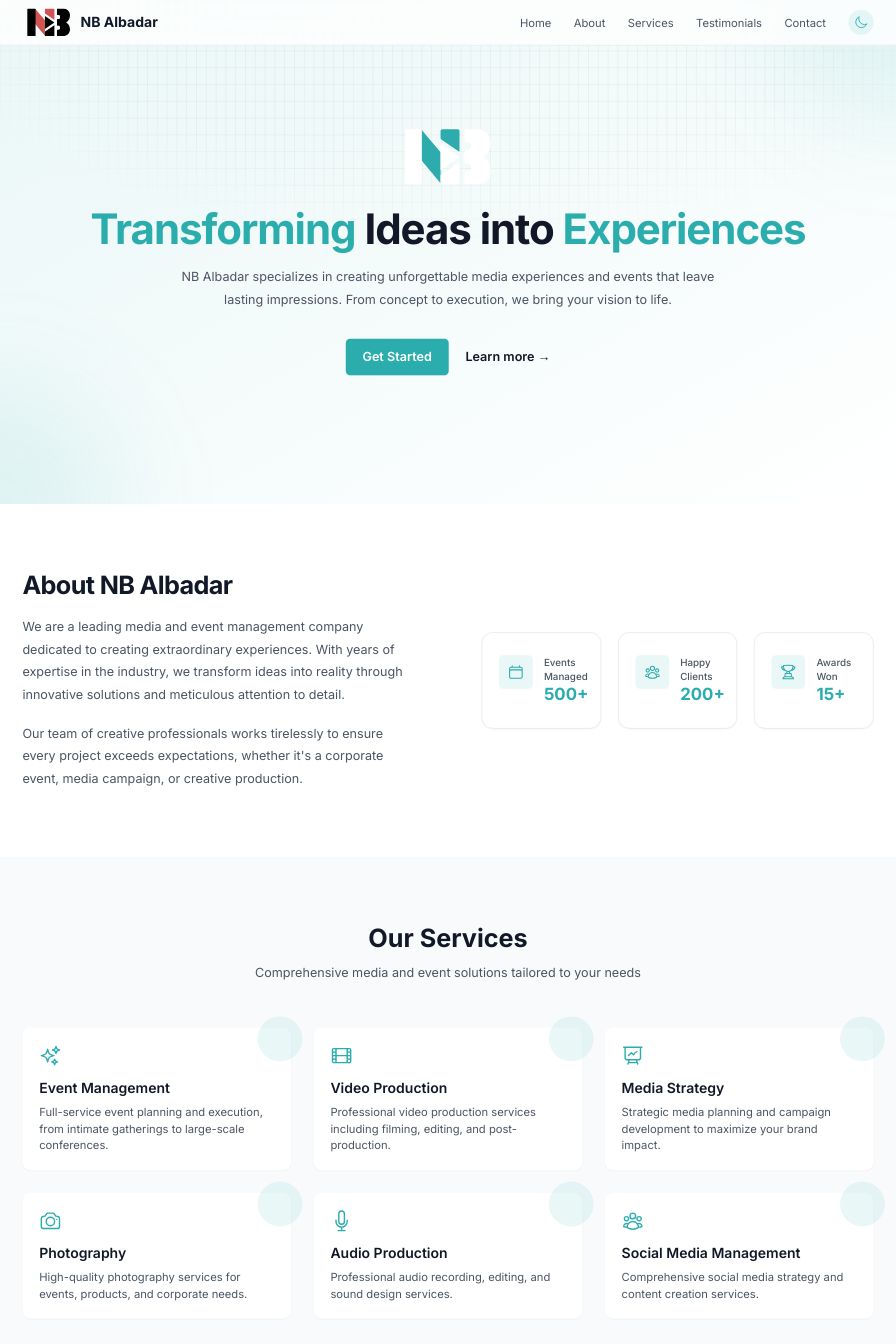
Repository: omartetano99/nb-albadr-website
Page: /
The author's editor kept a copy of each file at every save. The page is drawn from the files as they stood at one save, then again after the next save.
The browser window is 1280 px wide. The pictures show the part of the page from y = 0 to 1920 px (the page is 3646 px tall), at 70% of full size.
The project was rebuilt for these pictures with package versions that can differ from the ones it lists, and the page was loaded fresh each time. The framework's server and built-in components were replaced by stand-ins that run in the browser. Also part of the build but not shown: next.config.mjs.

Above is the page before, as saved 2025-01-31 16:48:03.

### src/app/layout.tsx
import type { Metadata } from "next";
import { Inter } from "next/font/google";
import "./globals.css";
import { ThemeProvider } from "@/components/ThemeProvider";

const inter = Inter({ subsets: ["latin"] });

export const metadata: Metadata = {
  title: "Noon Brand Al-Badr Media & Event",
  description: "Professional media and event management services",
};

export default function RootLayout({
  children,
}: {
  children: React.ReactNode
}) {
  return (
    <html lang="en" suppressHydrationWarning>
      <body className={`${inter.className} antialiased`}>
        <ThemeProvider
          attribute="class"
          defaultTheme="system"
          enableSystem
          disableTransitionOnChange
        >
          <div className="min-h-screen bg-white dark:bg-gray-900 text-gray-900 dark:text-gray-100 transition-colors duration-300">
            {children}
          </div>
        </ThemeProvider>
      </body>
    </html>
  );
}

### src/app/page.tsx
import { Navbar } from '@/components/Navbar'
import { Hero } from '@/components/Hero'
import { About } from '@/components/About'
import { Services } from '@/components/Services'
import { Testimonials } from '@/components/Testimonials'
import { Contact } from '@/components/Contact'
import { Footer } from '@/components/Footer'

export default function Home() {
  return (
    <main>
      <Navbar />
      <Hero />
      <About />
      <Services />
      <Testimonials />
      <Contact />
      <Footer />
    </main>
  )
}

### src/app/globals.css
@tailwind base;
@tailwind components;
@tailwind utilities;

@layer base {
  html {
    @apply antialiased;
  }
}

:root {
  --background: #ffffff;
  --foreground: #171717;
}

@media (prefers-color-scheme: dark) {
  :root {
    --background: #0a0a0a;
    --foreground: #ededed;
  }
}

body {
  color: var(--foreground);
  background: var(--background);
  font-family: Arial, Helvetica, sans-serif;
}

### src/components/ThemeProvider.tsx
'use client'

import { ThemeProvider as NextThemesProvider } from 'next-themes'
import { type ThemeProviderProps } from 'next-themes/dist/types'

export function ThemeProvider({ children, ...props }: ThemeProviderProps) {
  return (
    <NextThemesProvider
      attribute="class"
      defaultTheme="system"
      enableSystem
      {...props}
    >
      {children}
    </NextThemesProvider>
  )
}

### src/components/Navbar.tsx
'use client'

import { useState } from 'react'
import Link from 'next/link'
import Image from 'next/image'
import { motion, AnimatePresence } from 'framer-motion'
import { ThemeToggle } from './ThemeToggle'
import { Bars3Icon, XMarkIcon } from '@heroicons/react/24/outline'

const navLinks = [
  { href: '/', label: 'Home' },
  { href: '/about', label: 'About' },
  { href: '/services', label: 'Services' },
  { href: '/testimonials', label: 'Testimonials' },
  { href: '/contact', label: 'Contact' },
]

export function Navbar() {
  const [isOpen, setIsOpen] = useState(false)

  return (
    <nav className="fixed w-full bg-white/80 dark:bg-gray-900/80 backdrop-blur-sm z-50 border-b border-gray-200 dark:border-gray-800">
      <div className="max-w-7xl mx-auto px-4 sm:px-6 lg:px-8">
        <div className="flex items-center justify-between h-16">
          <Link href="/" className="flex items-center">
            <Image
              src="/logo-nb.svg"
              alt="NB Albadar Logo"
              width={40}
              height={40}
              className="h-10 w-auto invert dark:invert-0"
              priority
            />
            <span className="ml-2 text-xl font-bold text-gray-900 dark:text-white">
              NB Albadar
            </span>
          </Link>

          {/* Desktop Navigation */}
          <div className="hidden md:flex items-center space-x-8">
            {navLinks.map((link) => (
              <Link
                key={link.href}
                href={link.href}
                className="text-gray-600 dark:text-gray-300 hover:text-primary dark:hover:text-primary transition-colors"
              >
                {link.label}
              </Link>
            ))}
            <ThemeToggle />
          </div>

          {/* Mobile Navigation Button */}
          <div className="md:hidden flex items-center">
            <ThemeToggle />
            <button
              onClick={() => setIsOpen(!isOpen)}
              className="ml-2 p-2 rounded-md text-gray-600 dark:text-gray-300 hover:text-primary dark:hover:text-primary"
            >
              {isOpen ? (
                <XMarkIcon className="h-6 w-6" />
              ) : (
                <Bars3Icon className="h-6 w-6" />
              )}
            </button>
          </div>
        </div>
      </div>

      {/* Mobile Navigation Menu */}
      <AnimatePresence>
        {isOpen && (
          <motion.div
            initial={{ opacity: 0, height: 0 }}
            animate={{ opacity: 1, height: 'auto' }}
            exit={{ opacity: 0, height: 0 }}
            className="md:hidden border-t border-gray-200 dark:border-gray-800"
          >
            <div className="px-2 pt-2 pb-3 space-y-1">
              {navLinks.map((link) => (
                <Link
                  key={link.href}
                  href={link.href}
                  className="block px-3 py-2 rounded-md text-gray-600 dark:text-gray-300 hover:text-primary dark:hover:text-primary hover:bg-gray-100 dark:hover:bg-gray-800 transition-colors"
                  onClick={() => setIsOpen(false)}
                >
                  {link.label}
                </Link>
              ))}
            </div>
          </motion.div>
        )}
      </AnimatePresence>
    </nav>
  )
}

### src/components/Hero.tsx
'use client'

import { motion } from 'framer-motion'
import Image from 'next/image'

export function Hero() {
  return (
    <div className="relative min-h-screen flex items-center justify-center overflow-hidden">
      {/* Background Pattern */}
      <div className="absolute inset-0 bg-gradient-to-br from-primary/10 to-transparent dark:from-primary/5" />
      <div className="absolute inset-0">
        <div className="absolute inset-0 bg-[linear-gradient(to_right,#80808012_1px,transparent_1px),linear-gradient(to_bottom,#80808012_1px,transparent_1px)] bg-[size:14px_24px] [mask-image:radial-gradient(ellipse_60%_50%_at_50%_0%,#000_70%,transparent_100%)]" />
      </div>

      <div className="relative max-w-7xl mx-auto px-4 sm:px-6 lg:px-8 py-32">
        <motion.div
          initial={{ opacity: 0, y: 20 }}
          animate={{ opacity: 1, y: 0 }}
          transition={{ duration: 0.8 }}
          className="text-center"
        >
          <motion.div
            initial={{ opacity: 0, y: 20 }}
            animate={{ opacity: 1, y: 0 }}
            transition={{ duration: 0.8, delay: 0.1 }}
            className="flex justify-center mb-8"
          >
            <Image
              src="/logo-nb.svg"
              alt="NB Albadar Logo"
              width={80}
              height={80}
              className="h-20 w-auto"
              priority
            />
          </motion.div>

          <motion.h1
            initial={{ opacity: 0, y: 20 }}
            animate={{ opacity: 1, y: 0 }}
            transition={{ duration: 0.8, delay: 0.2 }}
            className="text-4xl font-bold tracking-tight text-gray-900 dark:text-white sm:text-6xl"
          >
            <span className="text-primary">Transforming</span> Ideas into{' '}
            <span className="text-primary">Experiences</span>
          </motion.h1>

          <motion.p
            initial={{ opacity: 0, y: 20 }}
            animate={{ opacity: 1, y: 0 }}
            transition={{ duration: 0.8, delay: 0.4 }}
            className="mt-6 text-lg leading-8 text-gray-600 dark:text-gray-300 max-w-3xl mx-auto"
          >
            NB Albadar specializes in creating unforgettable media experiences and events
            that leave lasting impressions. From concept to execution, we bring
            your vision to life.
          </motion.p>

          <motion.div
            initial={{ opacity: 0, y: 20 }}
            animate={{ opacity: 1, y: 0 }}
            transition={{ duration: 0.8, delay: 0.6 }}
            className="mt-10 flex items-center justify-center gap-x-6"
          >
            <a
              href="/contact"
              className="rounded-md bg-primary px-6 py-3 text-lg font-semibold text-white shadow-sm hover:bg-primary-dark transition-colors duration-300"
            >
              Get Started
            </a>
            <a
              href="/services"
              className="text-lg font-semibold leading-6 text-gray-900 dark:text-white hover:text-primary dark:hover:text-primary transition-colors duration-300"
            >
              Learn more <span aria-hidden="true">→</span>
            </a>
          </motion.div>
        </motion.div>
      </div>

      {/* Animated Shapes */}
      <motion.div
        animate={{
          scale: [1, 1.2, 1],
          rotate: [0, 90, 0],
        }}
        transition={{
          duration: 20,
          repeat: Infinity,
          ease: 'linear',
        }}
        className="absolute -top-40 -right-40 w-80 h-80 bg-primary/10 rounded-full blur-3xl"
      />
      <motion.div
        animate={{
          scale: [1, 1.2, 1],
          rotate: [0, -90, 0],
        }}
        transition={{
          duration: 25,
          repeat: Infinity,
          ease: 'linear',
        }}
        className="absolute -bottom-40 -left-40 w-80 h-80 bg-primary/10 rounded-full blur-3xl"
      />
    </div>
  )
}

### src/components/About.tsx
'use client'

import { motion } from 'framer-motion'
import { CalendarIcon, UserGroupIcon, TrophyIcon } from '@heroicons/react/24/outline'

const stats = [
  {
    label: 'Events Managed',
    value: '500+',
    icon: CalendarIcon,
  },
  {
    label: 'Happy Clients',
    value: '200+',
    icon: UserGroupIcon,
  },
  {
    label: 'Awards Won',
    value: '15+',
    icon: TrophyIcon,
  },
]

export function About() {
  return (
    <section className="py-24 overflow-hidden">
      <div className="max-w-7xl mx-auto px-4 sm:px-6 lg:px-8">
        <div className="lg:grid lg:grid-cols-2 lg:gap-24 lg:items-center">
          <motion.div
            initial={{ opacity: 0, x: -20 }}
            whileInView={{ opacity: 1, x: 0 }}
            viewport={{ once: true }}
            transition={{ duration: 0.5 }}
          >
            <h2 className="text-3xl font-bold tracking-tight text-gray-900 dark:text-white sm:text-4xl">
              About NB Albadar
            </h2>
            <motion.p
              initial={{ opacity: 0, y: 20 }}
              whileInView={{ opacity: 1, y: 0 }}
              viewport={{ once: true }}
              transition={{ duration: 0.5, delay: 0.2 }}
              className="mt-6 text-lg leading-8 text-gray-600 dark:text-gray-300"
            >
              We are a leading media and event management company dedicated to creating
              extraordinary experiences. With years of expertise in the industry, we
              transform ideas into reality through innovative solutions and meticulous
              attention to detail.
            </motion.p>
            <motion.p
              initial={{ opacity: 0, y: 20 }}
              whileInView={{ opacity: 1, y: 0 }}
              viewport={{ once: true }}
              transition={{ duration: 0.5, delay: 0.3 }}
              className="mt-6 text-lg leading-8 text-gray-600 dark:text-gray-300"
            >
              Our team of creative professionals works tirelessly to ensure every
              project exceeds expectations, whether it's a corporate event, media
              campaign, or creative production.
            </motion.p>
          </motion.div>

          <motion.div
            initial={{ opacity: 0, x: 20 }}
            whileInView={{ opacity: 1, x: 0 }}
            viewport={{ once: true }}
            transition={{ duration: 0.5, delay: 0.4 }}
            className="mt-20 lg:mt-0"
          >
            <dl className="grid grid-cols-1 gap-6 sm:grid-cols-3">
              {stats.map((stat) => (
                <motion.div
                  key={stat.label}
                  whileHover={{ scale: 1.05 }}
                  className="relative bg-white dark:bg-gray-900 px-6 py-8 rounded-2xl shadow-sm border border-gray-200 dark:border-gray-800"
                >
                  <dt>
                    <div className="absolute bg-primary/10 rounded-md p-3">
                      <stat.icon
                        className="h-6 w-6 text-primary"
                        aria-hidden="true"
                      />
                    </div>
                    <p className="ml-16 text-sm font-medium text-gray-600 dark:text-gray-300">
                      {stat.label}
                    </p>
                  </dt>
                  <dd className="ml-16 text-2xl font-bold text-primary">
                    {stat.value}
                  </dd>
                </motion.div>
              ))}
            </dl>
          </motion.div>
        </div>
      </div>
    </section>
  )
}

### src/components/Services.tsx
'use client'

import { motion } from 'framer-motion'
import {
  FilmIcon,
  SparklesIcon,
  PresentationChartLineIcon,
  CameraIcon,
  MicrophoneIcon,
  UserGroupIcon,
} from '@heroicons/react/24/outline'

const services = [
  {
    title: 'Event Management',
    description: 'Full-service event planning and execution, from intimate gatherings to large-scale conferences.',
    icon: SparklesIcon,
  },
  {
    title: 'Video Production',
    description: 'Professional video production services including filming, editing, and post-production.',
    icon: FilmIcon,
  },
  {
    title: 'Media Strategy',
    description: 'Strategic media planning and campaign development to maximize your brand impact.',
    icon: PresentationChartLineIcon,
  },
  {
    title: 'Photography',
    description: 'High-quality photography services for events, products, and corporate needs.',
    icon: CameraIcon,
  },
  {
    title: 'Audio Production',
    description: 'Professional audio recording, editing, and sound design services.',
    icon: MicrophoneIcon,
  },
  {
    title: 'Social Media Management',
    description: 'Comprehensive social media strategy and content creation services.',
    icon: UserGroupIcon,
  },
]

const containerVariants = {
  hidden: {},
  visible: {
    transition: {
      staggerChildren: 0.1,
    },
  },
}

const itemVariants = {
  hidden: {
    opacity: 0,
    y: 20,
  },
  visible: {
    opacity: 1,
    y: 0,
    transition: {
      duration: 0.5,
    },
  },
}

export function Services() {
  return (
    <section className="py-24 bg-gray-50 dark:bg-gray-800/50">
      <div className="max-w-7xl mx-auto px-4 sm:px-6 lg:px-8">
        <div className="text-center">
          <motion.h2
            initial={{ opacity: 0, y: 20 }}
            whileInView={{ opacity: 1, y: 0 }}
            viewport={{ once: true }}
            transition={{ duration: 0.5 }}
            className="text-3xl font-bold text-gray-900 dark:text-white sm:text-4xl"
          >
            Our Services
          </motion.h2>
          <motion.p
            initial={{ opacity: 0, y: 20 }}
            whileInView={{ opacity: 1, y: 0 }}
            viewport={{ once: true }}
            transition={{ duration: 0.5, delay: 0.2 }}
            className="mt-4 text-lg text-gray-600 dark:text-gray-300"
          >
            Comprehensive media and event solutions tailored to your needs
          </motion.p>
        </div>

        <motion.div
          variants={containerVariants}
          initial="hidden"
          whileInView="visible"
          viewport={{ once: true }}
          className="mt-16 grid gap-8 sm:grid-cols-2 lg:grid-cols-3"
        >
          {services.map((service, index) => (
            <motion.div
              key={service.title}
              variants={itemVariants}
              whileHover={{ scale: 1.02 }}
              className="relative p-6 bg-white dark:bg-gray-900 rounded-xl shadow-sm hover:shadow-md transition-shadow"
            >
              <div className="absolute top-0 right-0 -mt-4 -mr-4 h-16 w-16 bg-primary/10 rounded-full" />
              <service.icon className="relative h-8 w-8 text-primary mb-4" />
              <h3 className="text-xl font-semibold text-gray-900 dark:text-white">
                {service.title}
              </h3>
              <p className="mt-2 text-gray-600 dark:text-gray-300">
                {service.description}
              </p>
            </motion.div>
          ))}
        </motion.div>
      </div>
    </section>
  )
}

### src/components/Testimonials.tsx
'use client'

import { motion } from 'framer-motion'
import { StarIcon } from '@heroicons/react/24/solid'

const testimonials = [
  {
    content:
      "Noon Brand Al-Badr transformed our corporate event into an unforgettable experience. Their attention to detail and professional approach exceeded our expectations.",
    author: "Sarah Johnson",
    role: "Marketing Director",
    company: "Tech Innovations Ltd",
  },
  {
    content:
      "The team's creativity and dedication to our media campaign was outstanding. They delivered results that went above and beyond our goals.",
    author: "Mohammed Al-Rashid",
    role: "CEO",
    company: "Global Solutions",
  },
  {
    content:
      "Working with Noon Brand was a game-changer for our brand. Their strategic approach and flawless execution made all the difference.",
    author: "Emily Chen",
    role: "Brand Manager",
    company: "Creative Studios",
  },
]

export function Testimonials() {
  return (
    <section className="py-24 bg-gray-50 dark:bg-gray-800/50">
      <div className="max-w-7xl mx-auto px-4 sm:px-6 lg:px-8">
        <motion.div
          initial={{ opacity: 0, y: 20 }}
          whileInView={{ opacity: 1, y: 0 }}
          viewport={{ once: true }}
          transition={{ duration: 0.5 }}
          className="text-center"
        >
          <h2 className="text-3xl font-bold text-gray-900 dark:text-white sm:text-4xl">
            What Our Clients Say
          </h2>
          <p className="mt-4 text-lg text-gray-600 dark:text-gray-300">
            Don't just take our word for it - hear from some of our satisfied clients
          </p>
        </motion.div>

        <div className="mt-16 grid gap-8 md:grid-cols-2 lg:grid-cols-3">
          {testimonials.map((testimonial, index) => (
            <motion.div
              key={testimonial.author}
              initial={{ opacity: 0, y: 20 }}
              whileInView={{ opacity: 1, y: 0 }}
              viewport={{ once: true }}
              transition={{ duration: 0.5, delay: index * 0.1 }}
              whileHover={{ scale: 1.02 }}
              className="relative bg-white dark:bg-gray-900 p-6 rounded-2xl shadow-sm"
            >
              <div className="absolute top-0 right-0 -mt-3 -mr-3">
                <div className="flex">
                  {[...Array(5)].map((_, i) => (
                    <StarIcon
                      key={i}
                      className="h-6 w-6 text-primary"
                      aria-hidden="true"
                    />
                  ))}
                </div>
              </div>

              <div className="mt-8">
                <blockquote>
                  <p className="text-lg text-gray-600 dark:text-gray-300">
                    "{testimonial.content}"
                  </p>
                </blockquote>
                <div className="mt-6">
                  <p className="font-medium text-gray-900 dark:text-white">
                    {testimonial.author}
                  </p>
                  <p className="mt-1 text-sm text-gray-600 dark:text-gray-400">
                    {testimonial.role} at {testimonial.company}
                  </p>
                </div>
              </div>
            </motion.div>
          ))}
        </div>
      </div>
    </section>
  )
}

### src/components/ThemeToggle.tsx
'use client'

import { SunIcon, MoonIcon } from '@heroicons/react/24/outline'
import { useTheme } from 'next-themes'
import { useEffect, useState } from 'react'
import { motion } from 'framer-motion'

export function ThemeToggle() {
  const [mounted, setMounted] = useState(false)
  const { theme, setTheme } = useTheme()

  useEffect(() => {
    setMounted(true)
  }, [])

  if (!mounted) return null

  return (
    <motion.button
      whileHover={{ scale: 1.05 }}
      whileTap={{ scale: 0.95 }}
      onClick={() => setTheme(theme === 'dark' ? 'light' : 'dark')}
      className="p-2 rounded-full bg-primary/10 hover:bg-primary/20 transition-colors"
      aria-label="Toggle theme"
    >
      {theme === 'dark' ? (
        <SunIcon className="w-5 h-5 text-primary" />
      ) : (
        <MoonIcon className="w-5 h-5 text-primary" />
      )}
    </motion.button>
  )
}

### tailwind.config.ts
import type { Config } from "tailwindcss";

const config: Config = {
  content: [
    "./src/pages/**/*.{js,ts,jsx,tsx,mdx}",
    "./src/components/**/*.{js,ts,jsx,tsx,mdx}",
    "./src/app/**/*.{js,ts,jsx,tsx,mdx}",
  ],
  darkMode: 'class',
  theme: {
    extend: {
      colors: {
        primary: {
          DEFAULT: '#2CADAD',
          light: '#33c2c2',
          dark: '#259898',
        },
        background: "var(--background)",
        foreground: "var(--foreground)",
      },
      animation: {
        'fade-in': 'fadeIn 0.5s ease-in-out',
        'slide-up': 'slideUp 0.5s ease-in-out',
      },
      keyframes: {
        fadeIn: {
          '0%': { opacity: '0' },
          '100%': { opacity: '1' },
        },
        slideUp: {
          '0%': { transform: 'translateY(20px)', opacity: '0' },
          '100%': { transform: 'translateY(0)', opacity: '1' },
        },
      },
    },
  },
  plugins: [],
}

export default config;

Loaded but not shown: src/components/Contact.tsx (159 lines, source omitted); src/components/Footer.tsx (121 lines, source omitted)

After the next save:
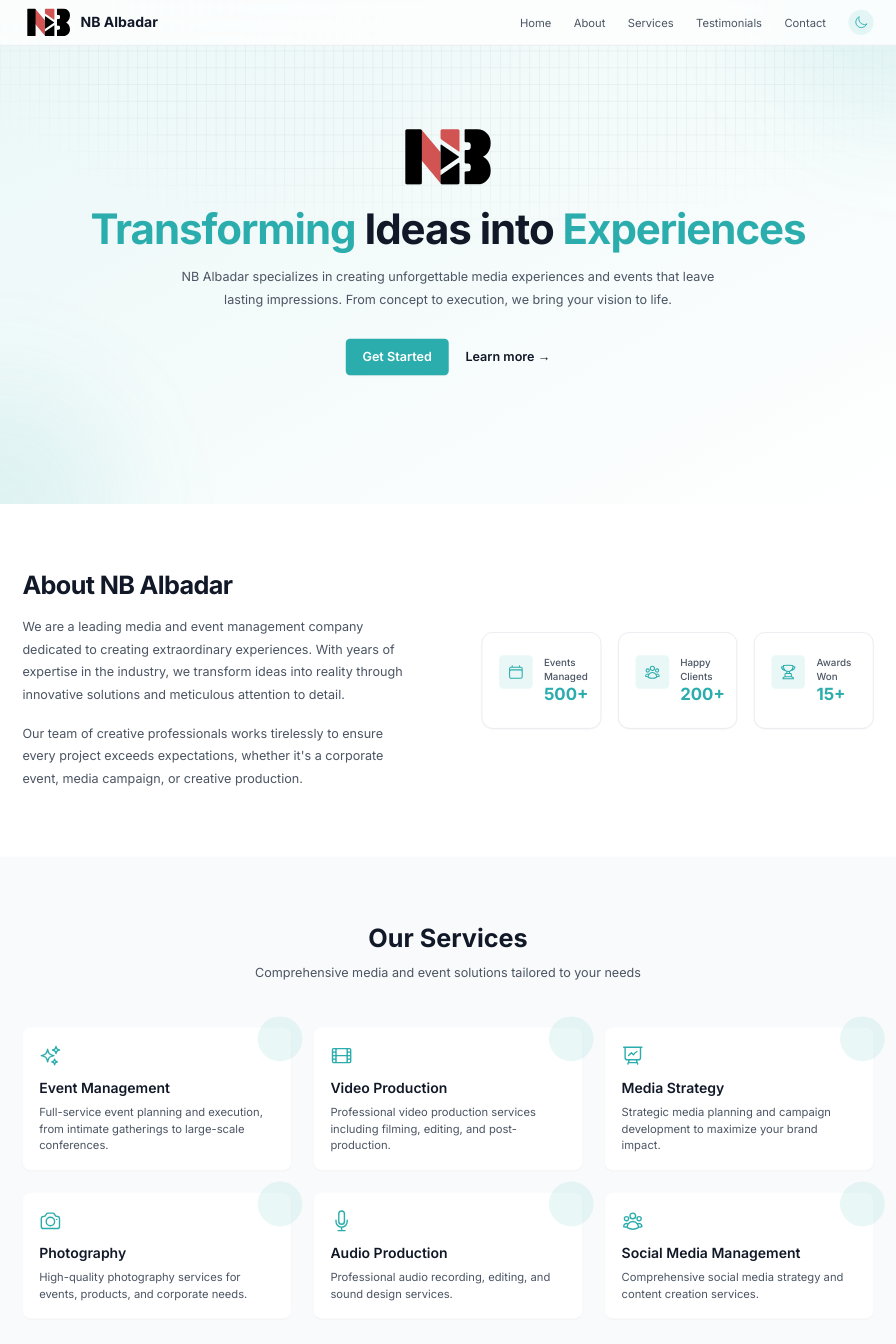
Saved 12 s later.
--- a/src/components/Hero.tsx
+++ b/src/components/Hero.tsx
@@ -30,7 +30,7 @@ export function Hero() {
               alt="NB Albadar Logo"
               width={80}
               height={80}
-              className="h-20 w-auto"
+              className="h-20 w-auto invert dark:invert-0"
               priority
             />
           </motion.div>
